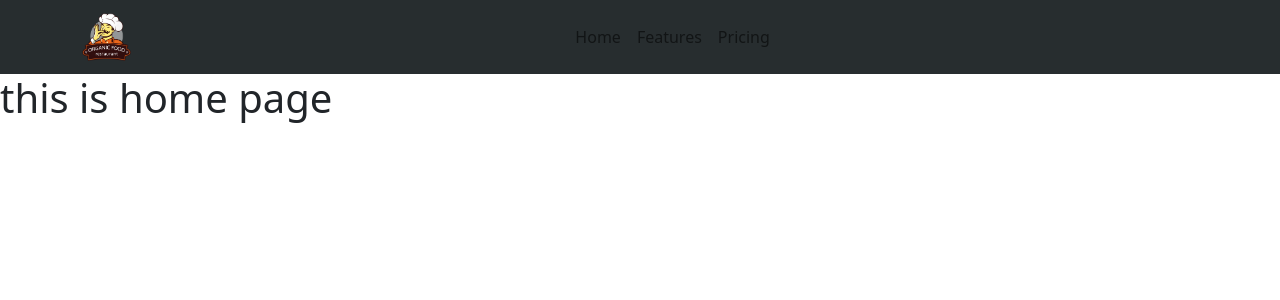
Repository: mdrubel02/organic-food-restaurnat
Page: /
The author's editor kept a copy of each file at every save. The page is drawn from the files as they stood at one save, then again after the next save.
The browser window is 1280 px wide. The pictures show the whole page.
The project was rebuilt for these pictures with package versions that can differ from the ones it lists, and the page was loaded fresh each time.

Above is the page before, as saved 2022-07-02 14:13:12.

After the next save:
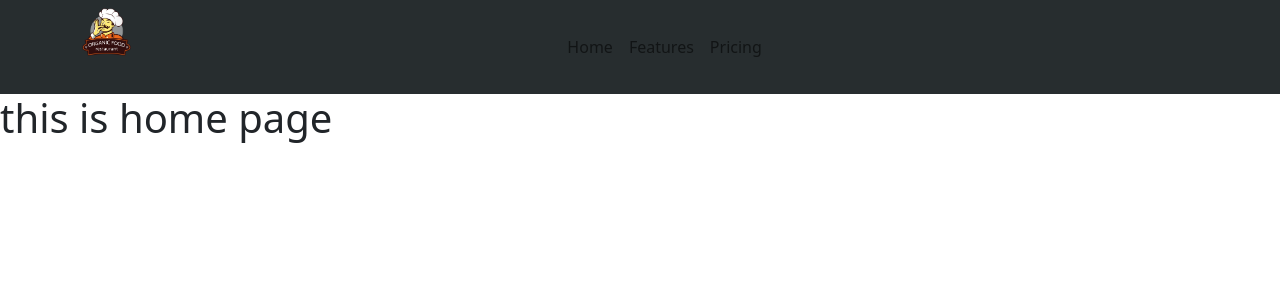
Saved 91 min 14 s later.
--- a/src/Components/Header/HeaderOne.js
+++ b/src/Components/Header/HeaderOne.js
@@ -1,23 +1,26 @@
 import React from 'react';
 import './HeaderOne.css'
 import Container from 'react-bootstrap/Container';
-import { Navbar,Nav } from 'react-bootstrap';
+import { Navbar, Nav } from 'react-bootstrap';
 import logo from '../../Accets/restaurant logo.png'
+import { Link } from 'react-router-dom';
 
 const HeaderOne = () => {
     return (
         <Navbar className='one'>
             <Container>
-          <Navbar.Brand href="#home">
-            <img className='logo img' src={logo} alt="" />
-          </Navbar.Brand>
-          <Nav className="mx-auto">
-            <Nav.Link href="#home">Home</Nav.Link>
-            <Nav.Link href="#features">Features</Nav.Link>
-            <Nav.Link href="#pricing">Pricing</Nav.Link>
-          </Nav>
-          </Container>
-      </Navbar>
+                <Link to='/'>
+                    <Navbar.Brand href="#home">
+                        <img className='logo img' src={logo} alt="" />
+                    </Navbar.Brand>
+                </Link>
+                <Nav className="mx-auto">
+                    <Nav.Link href="#home">Home</Nav.Link>
+                    <Nav.Link href="#features">Features</Nav.Link>
+                    <Nav.Link href="#pricing">Pricing</Nav.Link>
+                </Nav>
+            </Container>
+        </Navbar>
     );
 };
 
